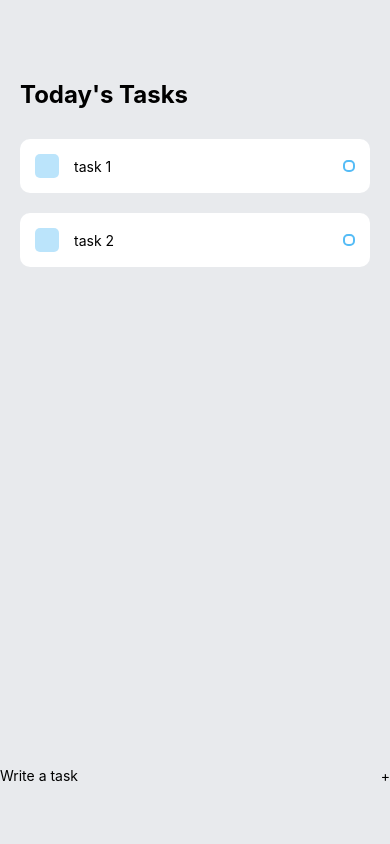
Repository: NT912/TodoList
Screen: /
An editor plug-in stored every save of this project. The screen is shown before and after the next save, followed by the edit.
The app was drawn by React Native's web renderer in a window 390 px wide. The project was rebuilt for these pictures with package versions that can differ from the ones it lists, and the page was loaded fresh each time.

Above is the screen before, as saved 2022-04-16 17:04:05.

### App.js
import { StatusBar } from "expo-status-bar";
import { StyleSheet, Text, View, TextInput } from "react-native";
import { KeyboardAvoidingView, Platform, TouchableOpacity } from "react-native";
import Task from "./components/Task";

export default function App() {
  return (
    <View style={styles.container}>
      {/* Today's Tasks */}
      <View style={styles.tasksWrapper}>
        <Text style={styles.sectionTitle}>Today's Tasks</Text>
        <View style={styles.items}>
          {/* This is the task will go */}
          <Task Text={"task 1"} />
          <Task Text={"task 2"} />
        </View>
      </View>

      {/* Write a task */}
      <KeyboardAvoidingView
        behavior={Platform.OS === "ios" ? "padding" : "height"}
        style={styles.writeTaskWrapper}
      >
        <TextInput style={styles.input} placeholder={"Write a task"} />

        <TouchableOpacity>
          <View style={styles.addWrapper}>
            <Text style={styles.addText}>+</Text>
          </View>
        </TouchableOpacity>
      </KeyboardAvoidingView>
    </View>
  );
}

const styles = StyleSheet.create({
  container: {
    flex: 1,
    backgroundColor: "#E8EAED",
  },
  tasksWrapper: {
    paddingTop: 80,
    paddingHorizontal: 20,
  },
  sectionTitle: {
    fontSize: 24,
    fontWeight: "bold",
  },
  items: { marginTop: 30 },
  writeTaskWrapper: {
    position: "absolute",
    bottom: 60,
    width: "100%",
    flexDirection: "row",
    justifyContent: "space-between",
    alignItems: "center",
  },
  input: {},
  addWrapper: {},
  addText: {},
});

### components/Task.js
import React from "react";
import { View, Text, StyleSheet } from "react-native";

const Task = (props) => {
  return (
    <View style={styles.item}>
      <View style={styles.itemleft}>
        <View style={styles.quare}></View>
        <Text style={styles.itemText}>{props.Text}</Text>
      </View>
      <View style={styles.cirular}></View>
    </View>
  );
};

const styles = StyleSheet.create({
  item: {
    backgroundColor: "#FFF",
    padding: 15,
    borderRadius: 10,
    flexDirection: "row",
    alignItems: "center",
    justifyContent: "space-between",
    marginBottom: 20,
  },
  itemleft: {
    flexDirection: "row",
    alignItems: "center",
    flexWrap: "wrap",
  },
  quare: {
    width: 24,
    height: 24,
    backgroundColor: "#55BCF6",
    opacity: 0.4,
    borderRadius: 5,
    marginRight: 15,
  },
  itemText: {
    maxWidth: "80%",
  },
  cirular: {
    width: 12,
    height: 12,
    borderColor: "#55BCF6",
    borderWidth: 2,
    borderRadius: 5,
  },
});

export default Task;

After the next save:
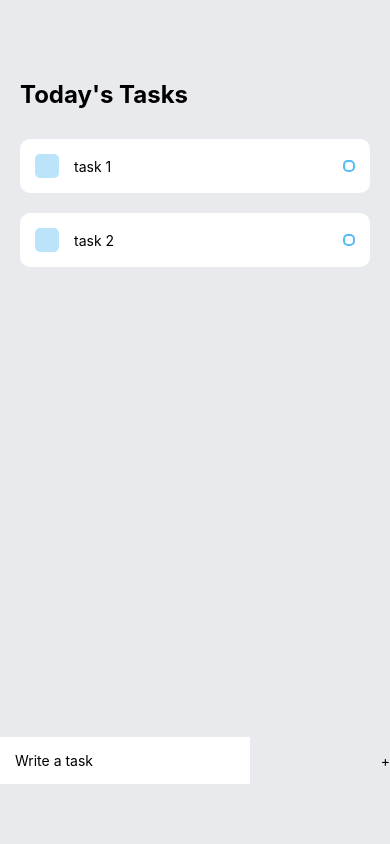
Saved 85 s later.
--- a/App.js
+++ b/App.js
@@ -55,7 +55,13 @@ const styles = StyleSheet.create({
     justifyContent: "space-between",
     alignItems: "center",
   },
-  input: {},
+  input: {
+    paddingVertical: 15,
+    paddingHorizontal: 15,
+    backgroundColor: "#FFF",
+
+    width: 250,
+  },
   addWrapper: {},
   addText: {},
 });
